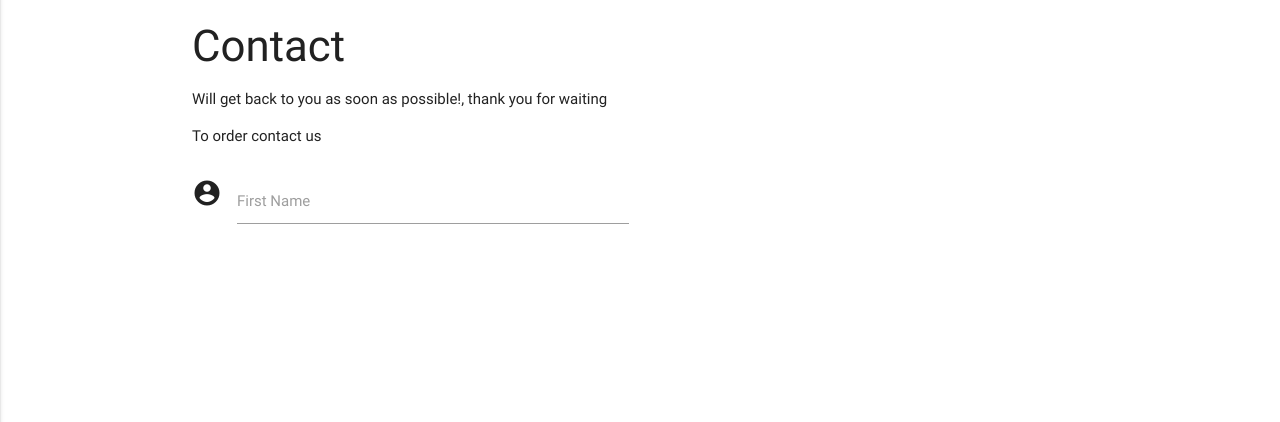
Repository: eazeldon/project-recipes-online-3
Page: http://localhost/contact
The author's editor kept a record of every edit. The page is drawn from the files as they stood at one moment, then again after the next edit.
The browser window is 1280 px wide. The pictures show the part of the page from y = 298 to 842 px (the page is 720 px tall before and 842 px after).
Some web libraries are served in a nearby version. The page is served by the project's application, run on Flask 3 (app.py).

Above is the page before.

After the next edit:
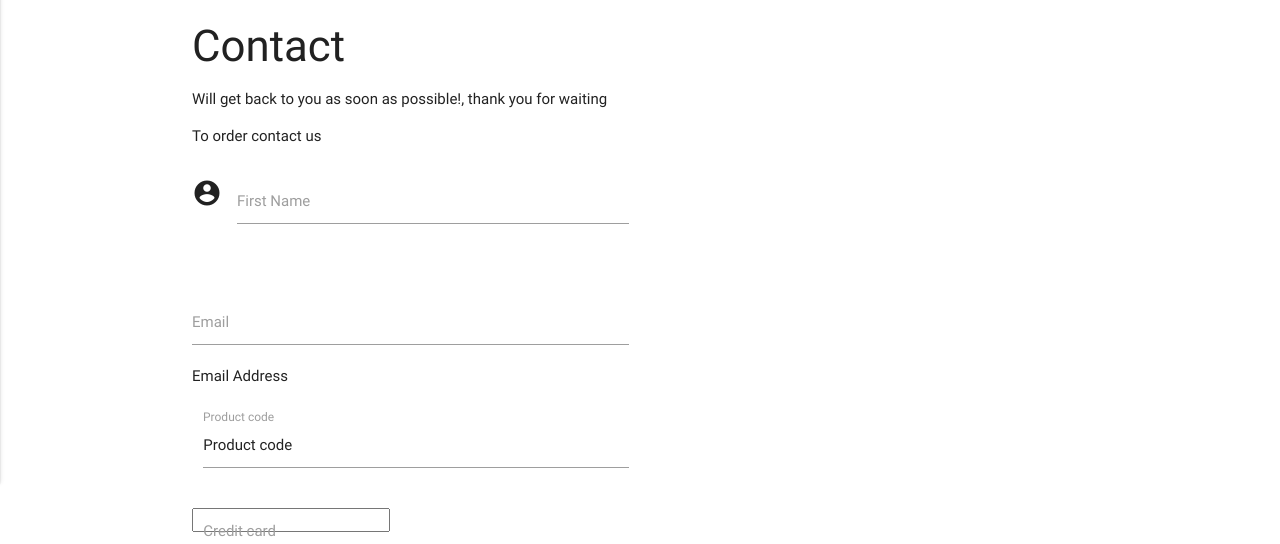
The edit:
--- a/templates/contact.html
+++ b/templates/contact.html
@@ -19,6 +19,7 @@
           <input id="icon_telephone" type="tel" class="validate">
           <label for="icon_telephone">Telephone</label>
         </div>
+--------->
       </div>
     </form>
 
